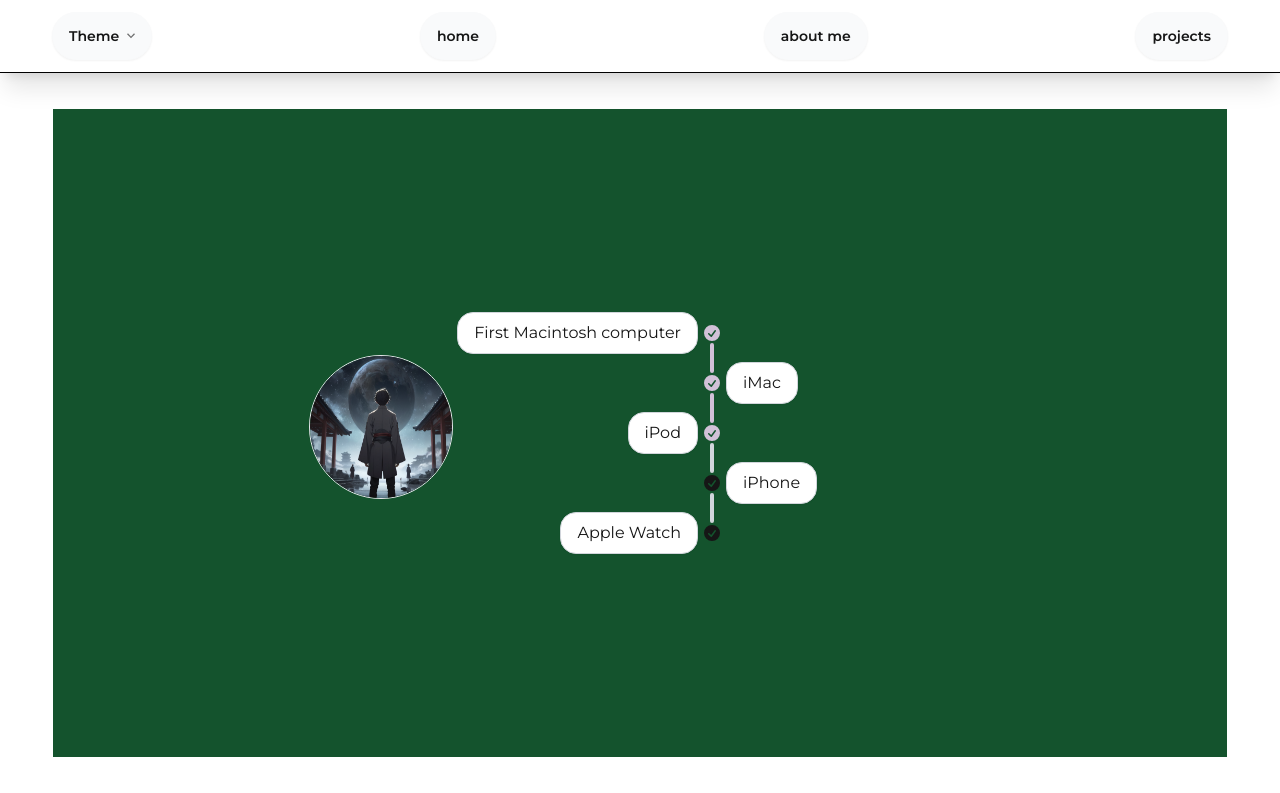
Repository: Yakyaz/myWebsite
Page: /about
An editor plug-in stored every save of this project. The page is shown before and after the next save, followed by the edit.
The browser window is 1280 px wide. The pictures show the whole page.
The project was rebuilt for these pictures with package versions that can differ from the ones it lists, and the page was loaded fresh each time. The framework's server and built-in components were replaced by stand-ins that run in the browser. Also part of the build but not shown: next.config.js.

Above is the page before, as saved 2023-12-05 21:40:26.

After the next save:
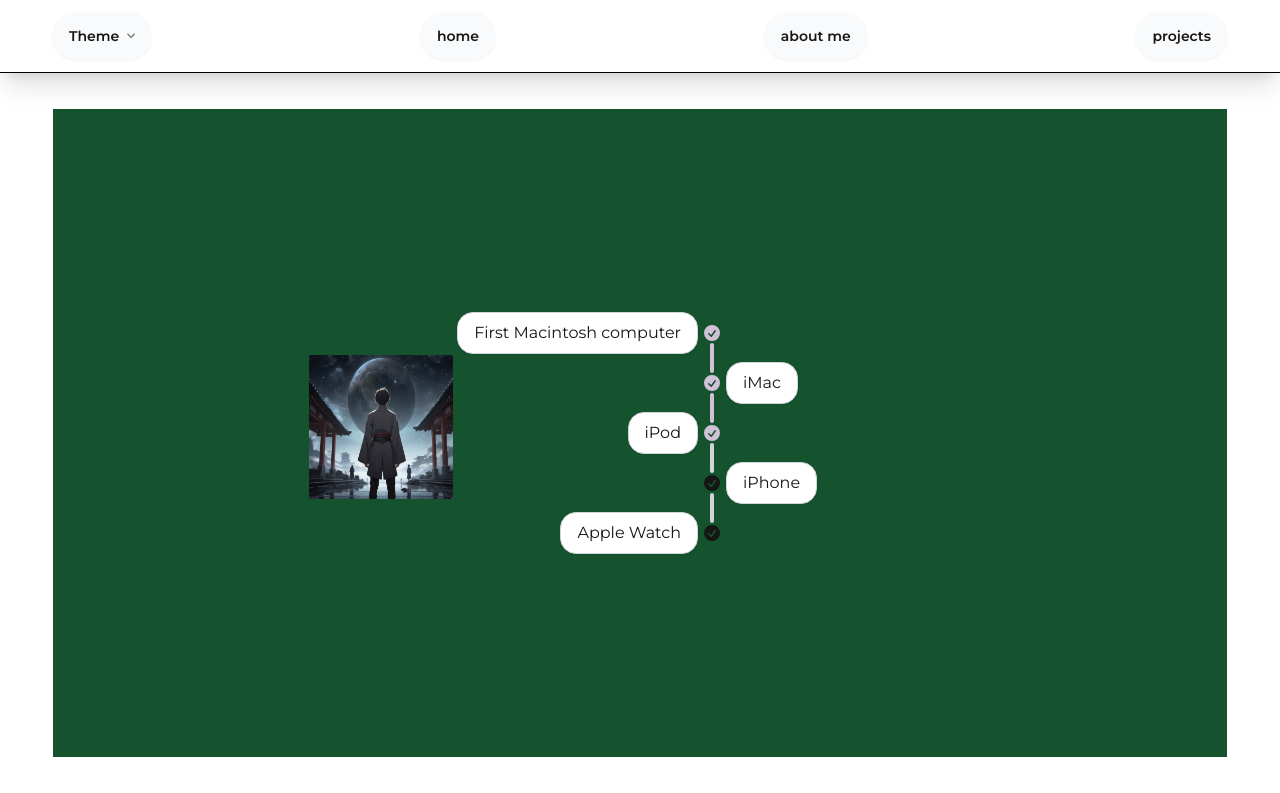
Saved 8 s later.
--- a/app/about/page.tsx
+++ b/app/about/page.tsx
@@ -10,7 +10,7 @@
       >
         <div>
           <Image
-            className="border rounded-full mb-3 h-36 w-36 text-center "
+            className="  mb-3 h-36 w-36 text-center "
             alt="Pb"
             src={bg}
             placeholder="blur"
